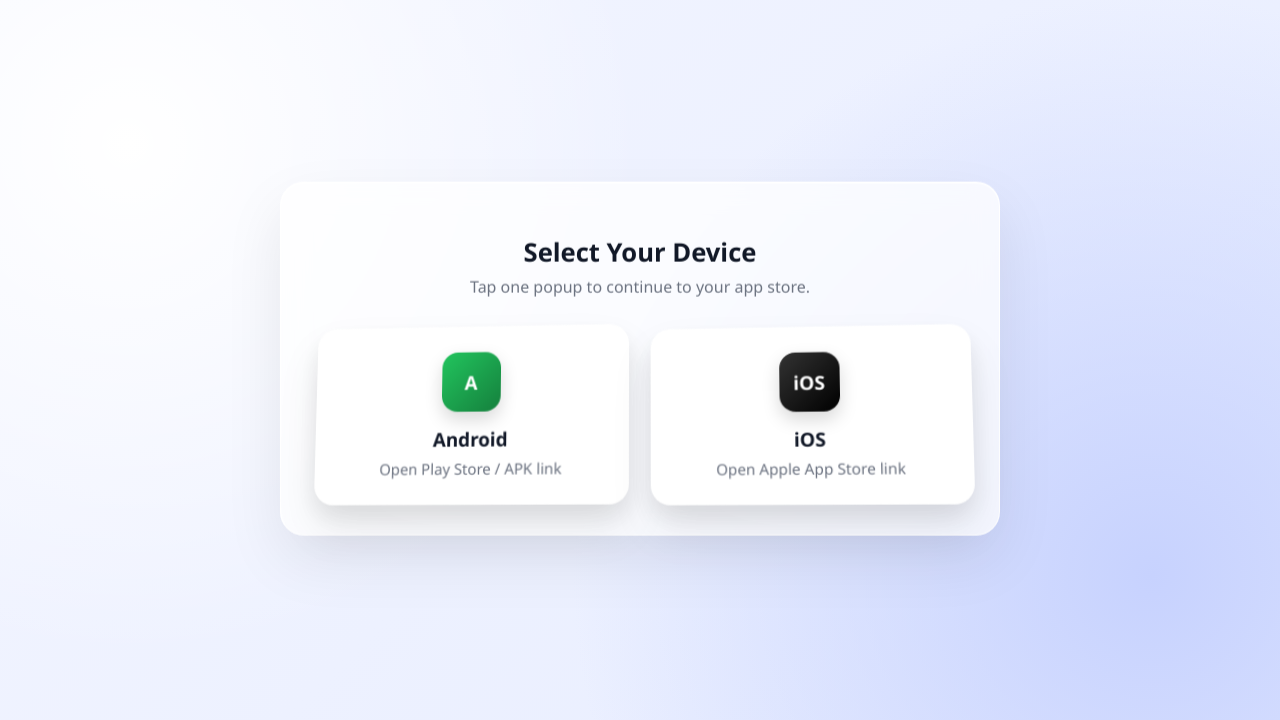
Repository: Niranjanmajgaonkar/redirection
Page: index.html
The author's editor kept a copy of each file at every save. The page is drawn from the files as they stood at one save, then again after the next save.
The browser window is 1280 px wide. The pictures show the whole page.

Above is the page before, as saved 2026-03-03 12:18:32.

After the next save:
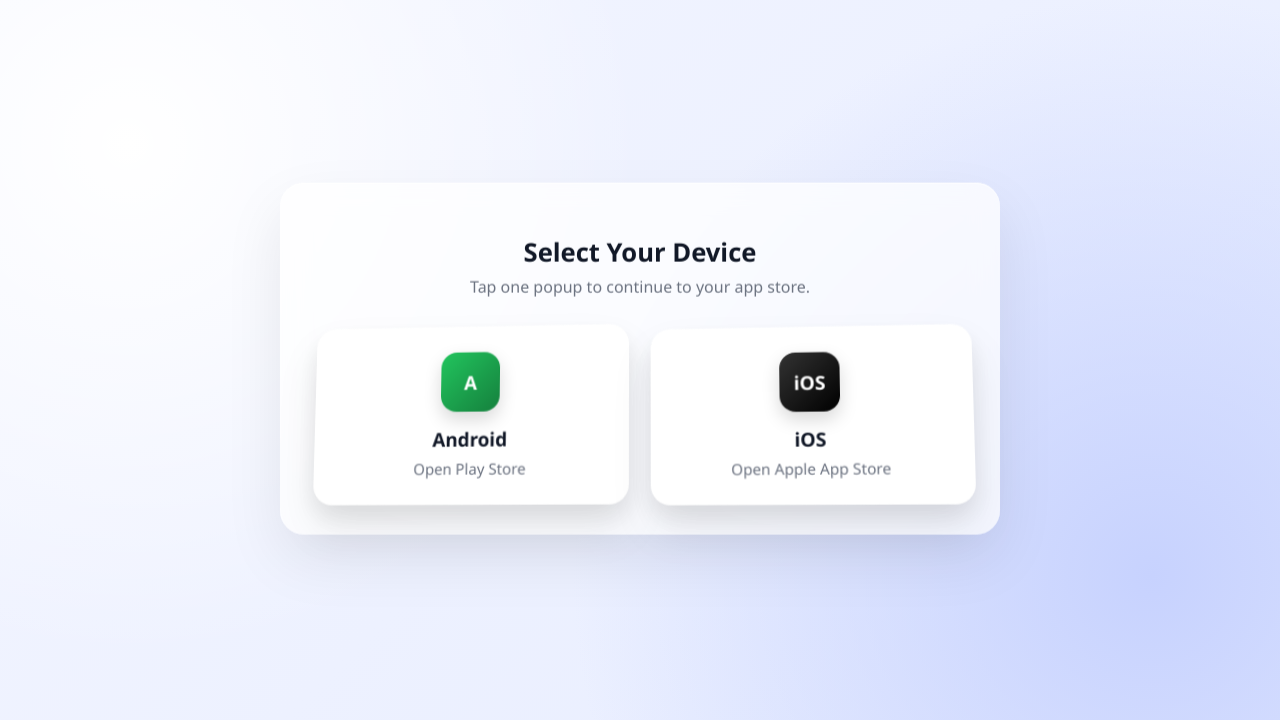
Saved 5 min 38 s later.
--- a/index.html
+++ b/index.html
@@ -44,7 +44,6 @@
         margin: auto;
         background: rgba(255, 255, 255, 0.75);
         backdrop-filter: blur(14px);
-        border: 1px solid rgba(255, 255, 255, 0.9);
         border-radius: 24px;
         padding: 30px;
         box-shadow:
@@ -96,7 +95,6 @@
         overflow: hidden;
       }
 
-      /* Hover effect (Desktop) */
       .popup-card:hover {
         transform: rotateX(0deg) rotateY(0deg) translateY(-10px) scale(1.03);
         box-shadow:
@@ -104,14 +102,11 @@
           0 35px 60px rgba(0, 0, 0, 0.15);
       }
 
-      /* Click animation (Mobile + Desktop press) */
       .popup-card:active {
-        transform: scale(0.96);
-        box-shadow:
-          0 6px 12px rgba(0, 0, 0, 0.15) inset;
-      }
-
-      /* Glow animation */
+        transform: scale(0.95);
+        box-shadow: inset 0 6px 12px rgba(0, 0, 0, 0.2);
+      }
+
       .popup-card::before {
         content: "";
         position: absolute;
@@ -173,22 +168,19 @@
 
   <body>
     <main class="overlay">
-      <section class="modal" aria-label="Store selection popup">
+      <section class="modal">
         <h1 class="heading">Select Your Device</h1>
         <p class="subheading">Tap one popup to continue to your app store.</p>
 
         <div class="popup-grid">
-          <a
-            class="popup-card android"
-            href="https://play.google.com/store/apps/details?id=com.swt.passilo"
-            target="_blank"
-            rel="noopener noreferrer"
-          >
+          <!-- ANDROID -->
+          <a class="popup-card android" href="#" onclick="openPlayStore()">
             <div class="icon">A</div>
             <h2 class="title">Android</h2>
-            <p class="desc">Open Play Store / APK link</p>
+            <p class="desc">Open Play Store</p>
           </a>
 
+          <!-- IOS -->
           <a
             class="popup-card ios"
             href="https://apps.apple.com/in/app/passilo/id6759452123"
@@ -197,10 +189,23 @@
           >
             <div class="icon">iOS</div>
             <h2 class="title">iOS</h2>
-            <p class="desc">Open Apple App Store link</p>
+            <p class="desc">Open Apple App Store</p>
           </a>
         </div>
       </section>
     </main>
+
+    <script>
+      function openPlayStore() {
+        var intentUrl = "intent://details?id=com.swt.passilo#Intent;scheme=market;package=com.android.vending;end;";
+        var fallbackUrl = "https://play.google.com/store/apps/details?id=com.swt.passilo";
+
+        window.location.href = intentUrl;
+
+        setTimeout(function () {
+          window.location.href = fallbackUrl;
+        }, 1500);
+      }
+    </script>
   </body>
 </html>
